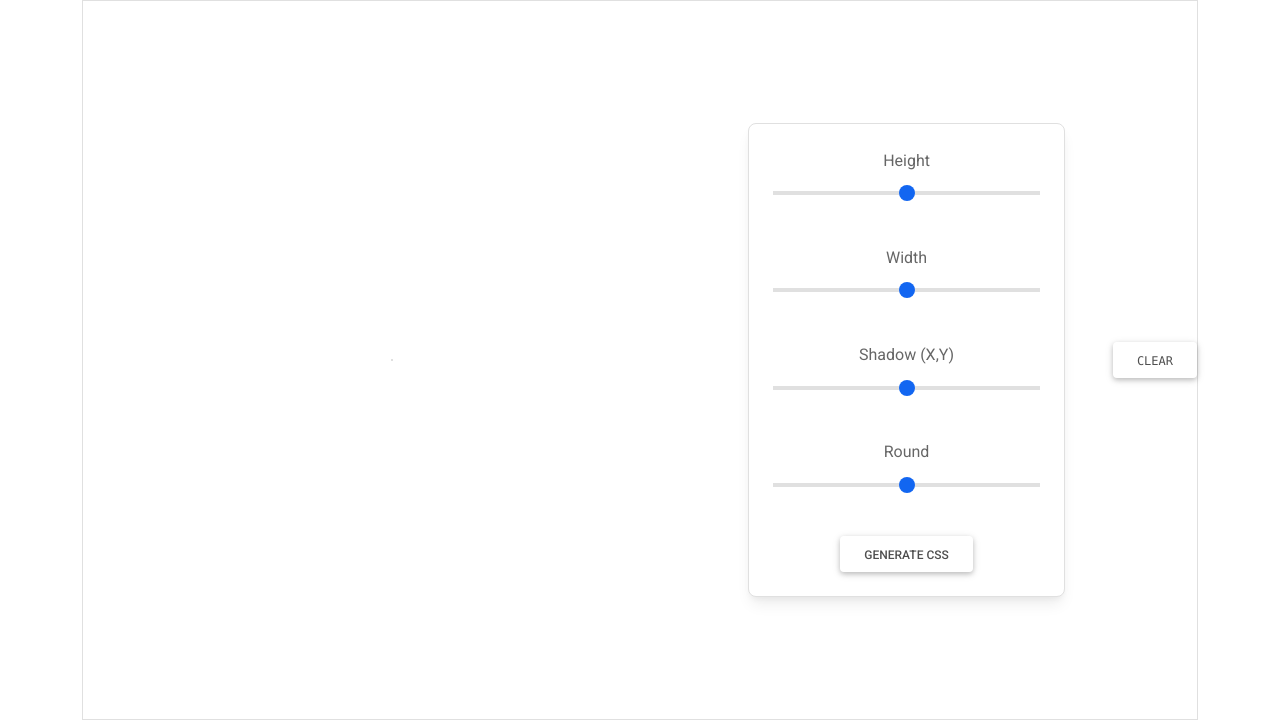
Repository: USaditya98/card-generator
Page: index.html
The author's editor kept a copy of each file at every save. The page is drawn from the files as they stood at one save, then again after a run of saves.
The browser window is 1280 px wide. The pictures show the whole page.
After loading, the first visible `#clear` was clicked once.

Above is the page before, as saved 2021-10-20 13:21:14.

### index.html
<!DOCTYPE html>
<html lang="en">
  <head>
    <meta charset="UTF-8" />
    <meta name="viewport" content="width=device-width, initial-scale=1, shrink-to-fit=no" />
    <meta http-equiv="x-ua-compatible" content="ie=edge" />
    <title>Material Design for Bootstrap</title>
    <!-- MDB icon -->
    <link rel="icon" href="img/mdb-favicon.ico" type="image/x-icon" />
    <!-- Font Awesome -->
    <link rel="stylesheet" href="https://use.fontawesome.com/releases/v5.15.2/css/all.css" />
    <!-- Google Fonts Roboto -->
    <link
      rel="stylesheet"
      href="https://fonts.googleapis.com/css2?family=Roboto:wght@300;400;500;700;900&display=swap"
    />
    <!-- MDB -->
    <link rel="stylesheet" href="css/mdb.min.css" />
  </head>
  <body>
    <!-- Start your project here-->
    <div class="container">
      <div class="sm:flex-column d-flex justify-content-between align-items-center text-center border" style="height: 100vh;">
            <div class="d-flex justify-content-center align-items-center w-100 h-50" >
                <div class="text-center border " id="create">
                </div>
            </div>
            <div class="sm-w-100 border w-50 p-2 mx-5 card">
              <div class="m-3">
                  <label class="form-label" for="height">Height</label>
                  <div class="range">
                  <input type="range" class="form-range" id="height" min="0" max="500" step="10" onchange="changeHeight(this.value)"/>
                  </div>
              </div>
              <div class="m-3">
                  <label class="form-label" for="width">Width</label>
                  <div class="range">
                  <input type="range" class="form-range" id="width" min="0" max="500" step="10" onchange="changeWidth(this.value)" />
                  </div>
              </div>
              <div class="m-3">
                  <label class="form-label" for="shadow">Shadow (X,Y)</label>
                  <div class="range">
                  <input type="range" class="form-range" id="shadow" min="0" max="25" step="0.5" onchange="changeShadowXY(this.value)"/>
                  </div>
              </div>
              <div class="m-3">
                  <label class="form-label" for="radius">Round</label>
                  <div class="range">
                  <input type="range" class="form-range" id="radius" onchange="changeRadius(this.value)"/>
                  </div>
              </div>
              <div class="m-3">
                  <button class="btn" id="cssBtn">Generate CSS</button>
              </div>
            </div>
            <code id="generatedCss" >
              <button class="btn" id="clear" onclick="clear()">Clear</button>
            </code>
      </div>

    </div>
    <!-- End your project here-->

    <!-- MDB -->
    <script type="text/javascript" src="js/mdb.min.js"></script>
    <!-- Custom scripts -->
    <script type="text/javascript">
      function clearcontent(elementID) {
        document.getElementById(elementID).innerHTML = "";
    }
        function changeHeight(val) {
            document.getElementById('create').style.height = val + 'px';
        }
        function changeWidth(val) {
            document.getElementById('create').style.width = val + 'px';
        }
        function changeShadowXY(val) {
         // const shadowXY = document.getElementById('shadowBlur').value;
          //localStorage.shadowxy = val;
         // localStorage.shadowblur = shadowXY;
          //localStorage.setItem('shadowxy', val);
         // localStorage.setItem('shadowblur', shadowXY);
          document.getElementById('create').style.boxShadow = val + 'px' + ' ' + val + 'px' + ' ' + '16px' + ' ' +'0px' + ' ' +'lightgray';
        }

        function changeRadius(val) {
            document.getElementById('create').style.borderRadius  = val + '%' ;
        }
        const cssBtn = document.getElementById('cssBtn');
        cssBtn.addEventListener('click',generateCss);
        function generateCss(){

          var height = document.getElementById('height').value;
          var width = document.getElementById('width').value;
          var boxShadow = document.getElementById('shadow').value;
          var boxShadowColor = 'lightgray';
          var borderRadius = document.getElementById('radius').value;


          localStorage.setItem('height', height);
          localStorage.setItem('width', width);
          localStorage.setItem('boxShadow', boxShadow);
          localStorage.setItem('boxShadowColor', boxShadowColor);
          localStorage.setItem('borderRadius', borderRadius);


          var arr = ['height', 'width', 'box-shadow', 'border-radius'];
          var arrValue = [height+'px;', width+'px;', boxShadow+'px'+' '+boxShadow+'px'+' '+boxShadow+'px'+' '+boxShadowColor+';', borderRadius+'%;'];
          var cont = document.getElementById('generatedCss');
          // create ul element and set the attributes.
          var ul = document.createElement('ul');
          ul.setAttribute('style', 'padding: 0; margin: 0;');

          for (i = 0; i <= arr.length - 1; i++) {
              var li = document.createElement('li');     // create li element.
              li.innerHTML = arr[i] + ':' + arrValue[i] ;      // assigning text to li using array value.
              li.setAttribute('style', 'display: block;');    // remove the bullets.
              li.setAttribute('class', 'font-monospace');    // remove the bullets.

              ul.appendChild(li);     // append li to ul.
          }

          cont.appendChild(ul);
        }
    </script>
  </body>
</html>

Loaded but not shown: css/mdb.min.css (library); js/mdb.min.js (library)

After the next 4 saves:
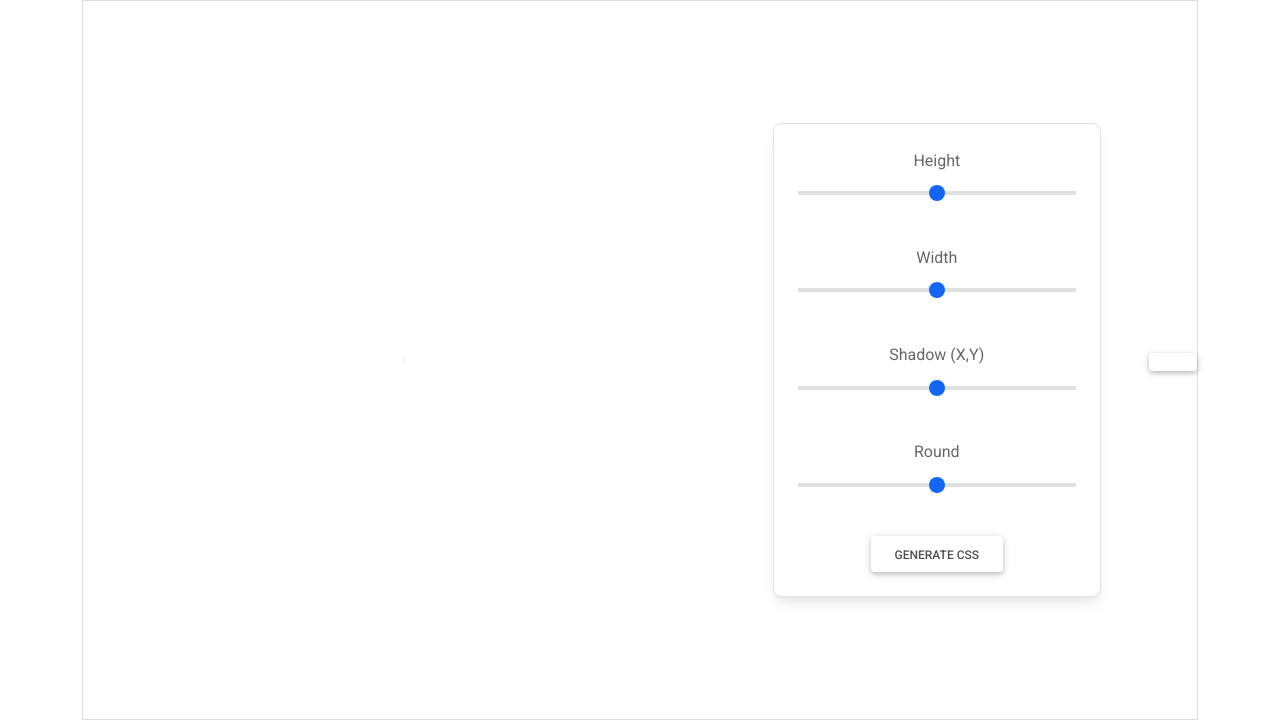
The 4 saves are shown as one change because they came seconds apart.
The last was saved 12 s later.
--- a/index.html
+++ b/index.html
@@ -55,7 +55,7 @@
               </div>
             </div>
             <code id="generatedCss" >
-              <button class="btn" id="clear" onclick="clear()">Clear</button>
+              <button class="btn" id="clear" onclick="clearcontent()">Clear</button>
             </code>
       </div>
 
@@ -66,8 +66,8 @@
     <script type="text/javascript" src="js/mdb.min.js"></script>
     <!-- Custom scripts -->
     <script type="text/javascript">
-      function clearcontent(elementID) {
-        document.getElementById(elementID).innerHTML = "";
+      function clearcontent( ) {
+        document.getElementById('clear').innerHTML = "";
     }
         function changeHeight(val) {
             document.getElementById('create').style.height = val + 'px';
